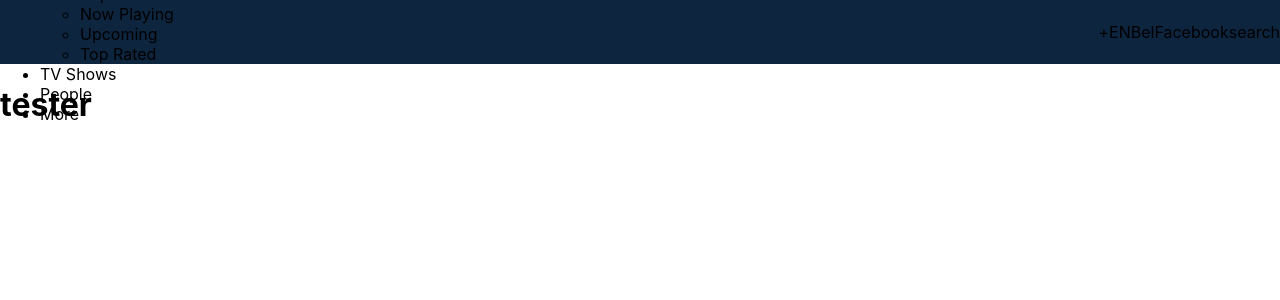
Repository: Fauzaanmhmd/qnpTesFrontend
Page: /
These files come from the project's save history. The page is drawn as it stood at one moment and after the next save; the edit follows.
The browser window is 1280 px wide. The pictures show the whole page.
The page's requests for data from a server got no answer. The project was rebuilt for these pictures with package versions that can differ from the ones it lists, and the page was loaded fresh each time. The framework's server and built-in components were replaced by stand-ins that run in the browser. No one was signed in, and anything a server would have sent is missing. Also part of the build but not shown: next.config.js, styles/Moviecard.module.scss, pages/components/Moviecard.tsx.

Above is the page before, as saved 2022-03-17 12:59:26.

After the next save:
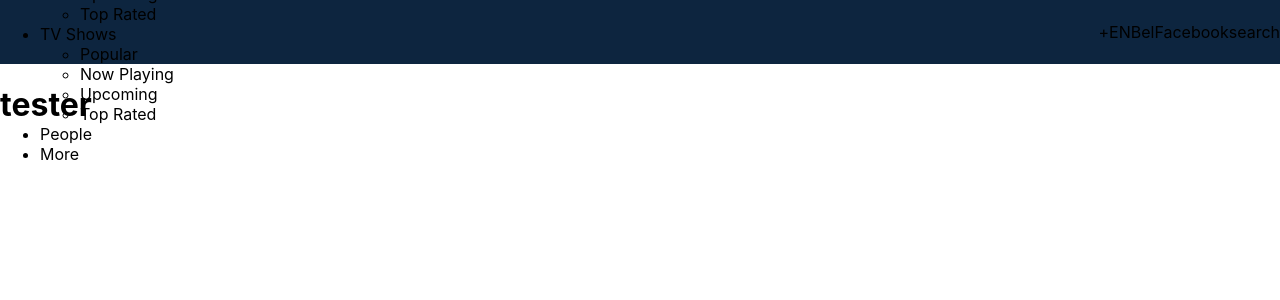
Saved 57 s later.
--- a/pages/components/Navbar.tsx
+++ b/pages/components/Navbar.tsx
@@ -16,7 +16,16 @@
                             </ul>
                         </div>
                     </li>
-                    <li>TV Shows</li>
+                    <li><a>TV Shows</a>
+                        <div>
+                            <ul>
+                                <li>Popular</li>
+                                <li>Now Playing</li>
+                                <li>Upcoming</li>
+                                <li>Top Rated</li>
+                            </ul>
+                        </div>
+                    </li>
                     <li>People</li>
                     <li>More</li>
                 </ul>
